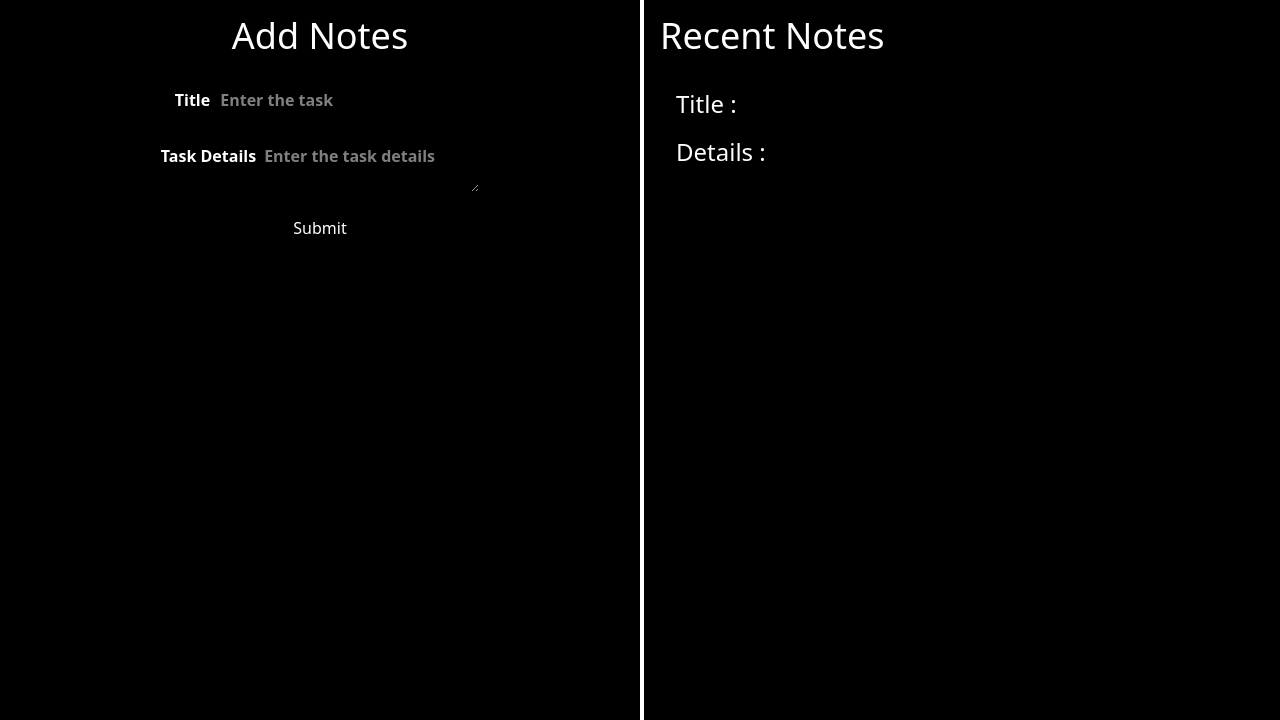
Repository: ajay-maurya-dev/notes
Page: /
The author's editor kept a copy of each file at every save. The page is drawn from the files as they stood at one save, then again after the next save.
The browser window is 1280 px wide. The pictures show the whole page.
The project was rebuilt for these pictures with package versions that can differ from the ones it lists, and the page was loaded fresh each time. Also part of the build but not shown: vite.config.js.

Above is the page before, as saved 2026-09-24 08:45:30.

After the next save:
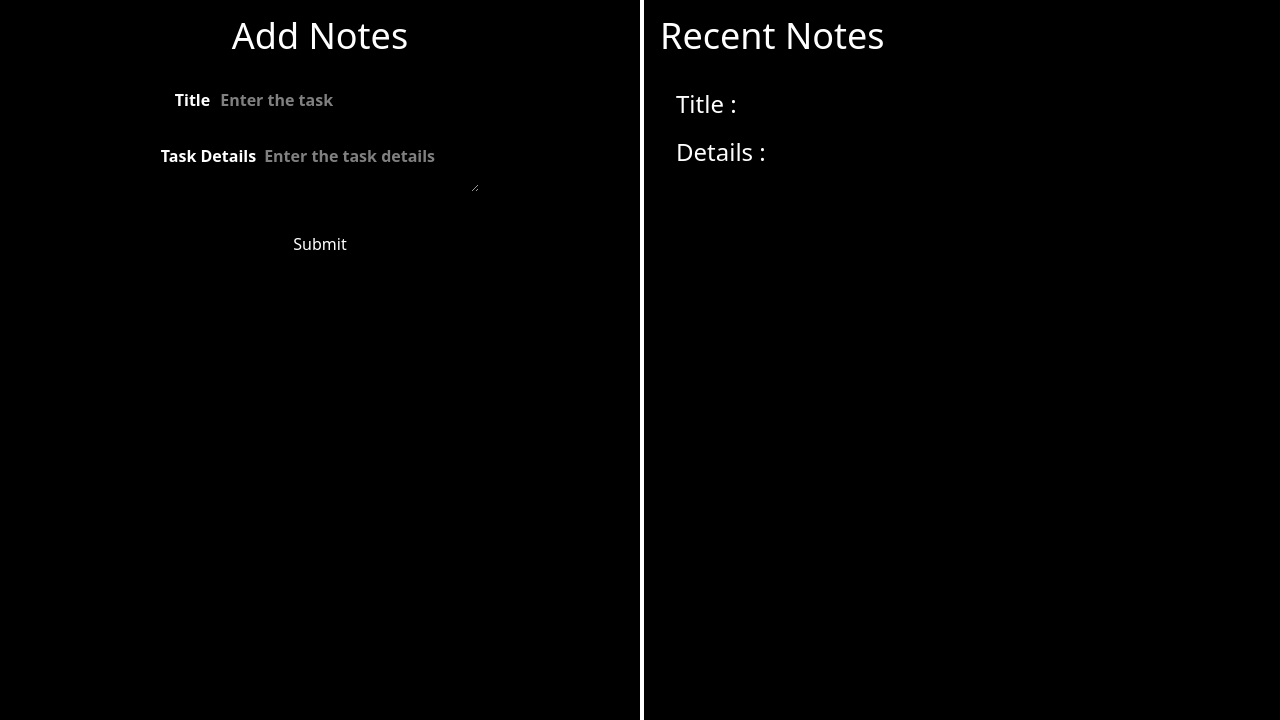
Saved 6 s later.
--- a/src/App.jsx
+++ b/src/App.jsx
@@ -46,7 +46,7 @@
             }}
             id="" />
         </label>
-        <button className="border-none hover:bg-cyan-300 rounded-4xl" type="submit">Submit</button>
+        <button className="border-none hover:bg-cyan-300 rounded-4xl p-4" type="submit">Submit</button>
       </form>
       <div className="flex flex-col h-full p-4 w-1/2 border-l-4 overflow-x-auto">
         <h1 className="text-4xl">Recent Notes</h1>

After the save that followed:
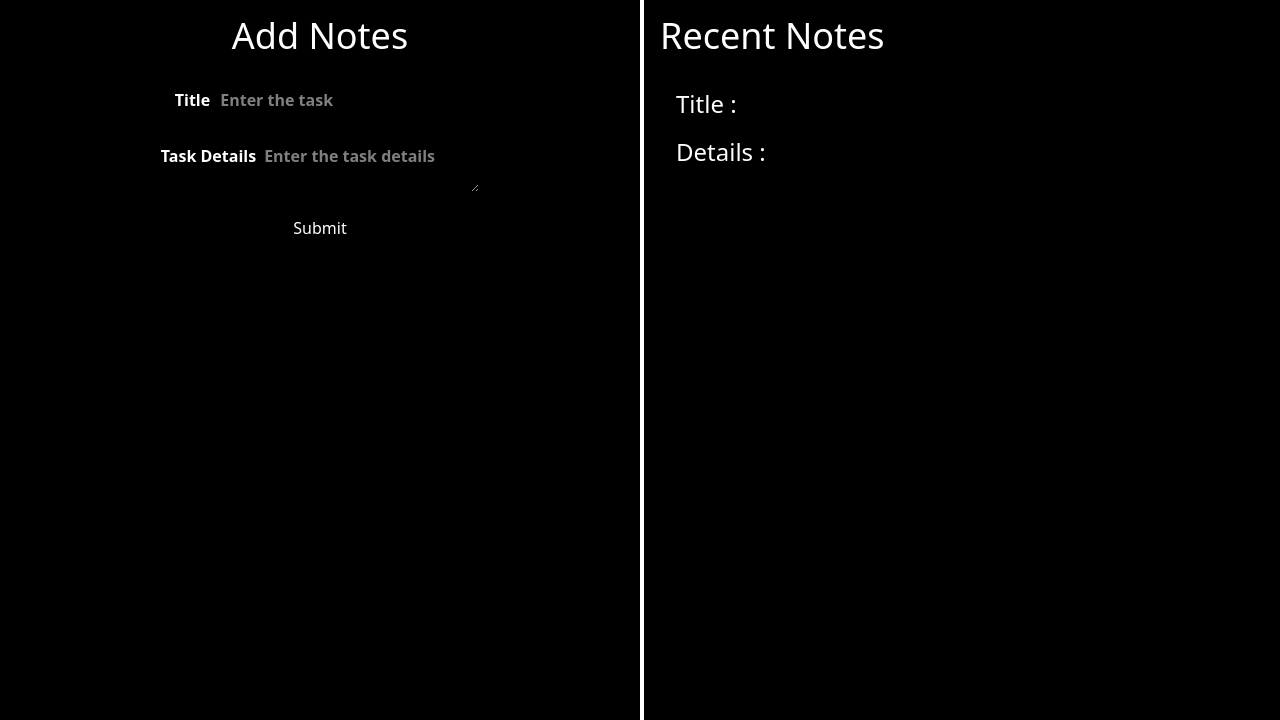
Saved 7 s later.
--- a/src/App.jsx
+++ b/src/App.jsx
@@ -46,7 +46,7 @@
             }}
             id="" />
         </label>
-        <button className="border-none hover:bg-cyan-300 rounded-4xl p-4" type="submit">Submit</button>
+        <button className="border-none hover:bg-cyan-300 rounded-4xl px-4" type="submit">Submit</button>
       </form>
       <div className="flex flex-col h-full p-4 w-1/2 border-l-4 overflow-x-auto">
         <h1 className="text-4xl">Recent Notes</h1>
